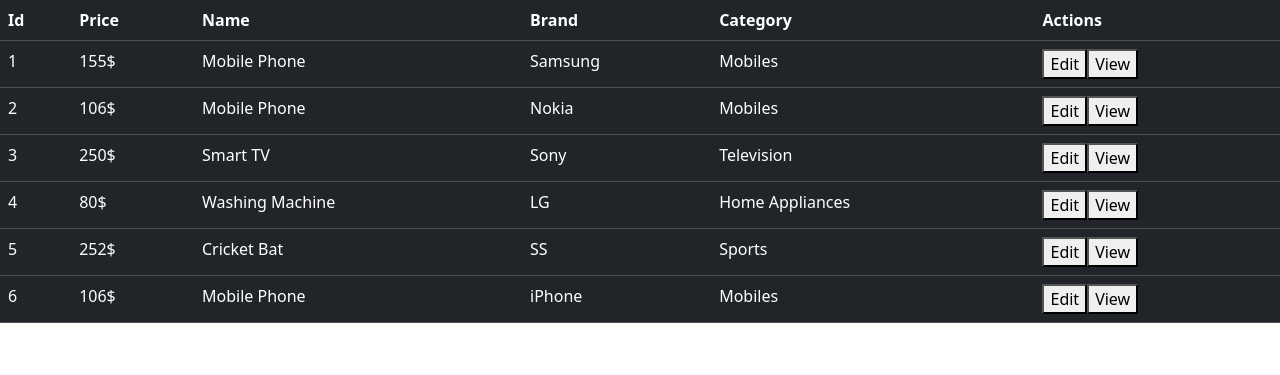
Repository: SriChakraTeja/json-crud
Page: /
These files come from the project's save history. The page is drawn as it stood at one moment and after the next save; the edit follows.
The browser window is 1280 px wide. The pictures show the whole page.
The project was rebuilt for these pictures with package versions that can differ from the ones it lists, and the page was loaded fresh each time. Requests to the local data server were answered from the project's data file. Also part of the build but not shown: src/components/ProductDetails.js.

Above is the page before, as saved 2023-12-23 13:59:48.

After the next save:
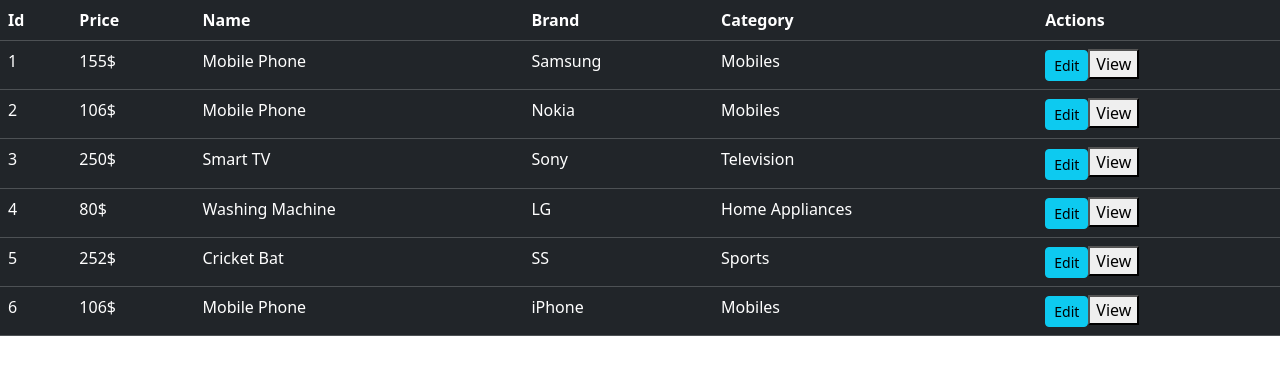
Saved 11 s later.
--- a/src/components/Home.js
+++ b/src/components/Home.js
@@ -31,7 +31,7 @@ const Home = () => {
                                 <td>{product.brand}</td>
                                 <td>{product.category}</td>
                                 <td>
-                                    <button>Edit</button>
+                                    <button className='btn btn-sm btn-info'>Edit</button>
                                     <button>View</button>
                                 </td>
                             </tr>
